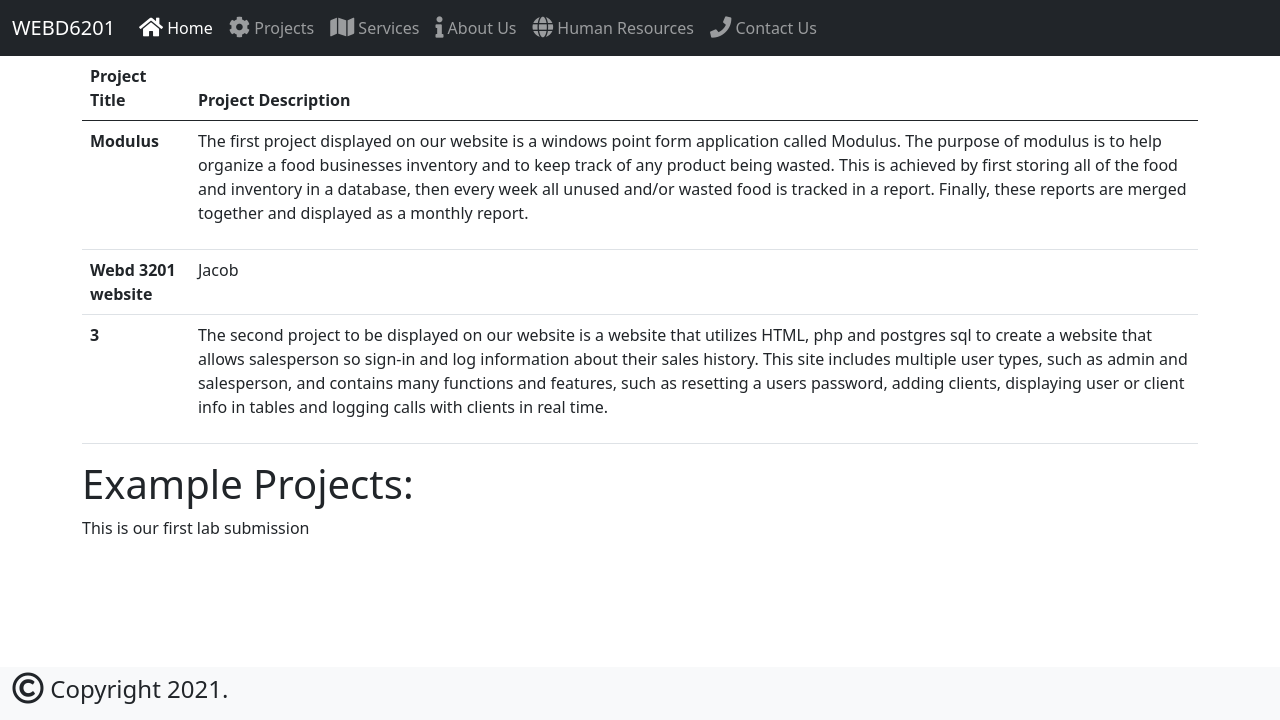
Repository: Sub4Sub/Lab_1
Page: products.html
The author's editor kept a copy of each file at every save. The page is drawn from the files as they stood at one save, then again after the next save.
The browser window is 1280 px wide. The pictures show the whole page.

Above is the page before, as saved 2021-02-05 16:23:47.

### products.html
<!DOCTYPE html>
<html lang="en">
<head>
    <meta charset="UTF-8">
    <meta name="viewport" content="width=device-width, initial-scale=1.0">
    <title>Products</title>
    <!-- CSS Section -->
    <link rel="stylesheet" href="./node_modules/bootstrap/dist/css/bootstrap.min.css">
    <link rel="stylesheet" href="./node_modules/@fortawesome/fontawesome-free/css/all.min.css">
    <link rel="stylesheet" href="./Content/app.css">
</head>
<body>
    <!-- Main Header -->

    <!-- Main Content -->
    <main class="container">
      <table class="table">
        <thead>
          <tr>
            <th scope="col">Project Title</th>
            <th scope="col">Project Description</th>
          </tr>
        </thead>
        <tbody>
          <tr>
            <th scope="row">Modulus</th>
            <td>
              <p>
                The first project displayed on our website is a windows point form application called Modulus. The purpose of modulus is to
                help organize a food businesses inventory and to keep track of any product being wasted. This is achieved by first storing all of
                the food and inventory in a database, then every week all unused and/or wasted food is tracked in a report. Finally,
                these reports are merged together and displayed as a monthly report.
              </p>
            </td>
          </tr>
          <tr>
            <th scope="row">Webd 3201 website</th>
            <td>Jacob</td>
          </tr>
          <tr>
            <th scope="row">3</th>
            <td>
              <p>
                The second project to be displayed on our website is a website that utilizes HTML, php and postgres sql to create a website that
                 allows salesperson so sign-in and log information about their sales history. This site includes multiple user types, such as admin
                 and salesperson, and contains many functions and features, such as resetting a users password, adding clients, displaying user or client info in tables and
                 logging calls with clients in real time.
              </p>
            </td>
          </tr>
        </tbody>
      </table>
    </main>



    <!-- Script Section-->
    <script src="./node_modules/jquery/dist/jquery.min.js"></script>
    <script src="./node_modules/bootstrap/dist/js/bootstrap.bundle.min.js"></script>
    <script src="./Scripts/app.js"></script>
</body>
</html>

### Scripts/app.js
/*
* Name: Brett Tindall & Emeka Okoisama
* Student Id: 100708109 &
* Date Completed: 2021-02-05
*/

"use strict";

//IIFE - Immediately Invoked Function Expression
(function()
{

    /*
      Function that displays the home page's content
    */
    function displayHome()
    {
        let indexHeading = document.createElement("h1");

        indexHeading.setAttribute("id", "indexHeading");
        indexHeading.textContent = `Welcome to lab 1`;

        let mainContent = document.querySelector("main");
        mainContent.appendChild(indexHeading);

        let newDivTag = document.createElement("div");
        newDivTag.innerHTML =
        `<h4>By Brett Tindall and Emeka Okoisama</h4>
        <p id="paragraphThree"> This is our first lab submission </p>`;


        mainContent.append(newDivTag);


    }

    function displayProjects()
    {
        let projectHeading = document.createElement("h1");

        projectHeading.setAttribute("id", "projectHeading");
        projectHeading.textContent = `Example Projects:`;

        let mainContent = document.querySelector("main");
        mainContent.appendChild(projectHeading);

        let newDivTag = document.createElement("div");
        newDivTag.innerHTML =
        `<p id="paragraphThree"> This is our first lab submission </p>`;


        mainContent.append(newDivTag);


    }

    /*
      Function that displays the contact page's content
    */
    function displayContact()
    {
      let contactHeading = document.createElement("h1");

      contactHeading.setAttribute("id", "contactHeading");
      contactHeading.textContent = "Enter a Contact";

      let mainContent = document.querySelector("main");
      mainContent.appendChild(contactHeading);

      let newDivTag = document.createElement("div");
      newDivTag.innerHTML =
      `<div id="messageArea"></div>

      <div class="row justify-content-lg-center g-3">
        <form class="col-lg-6 col-md-10 col-sm-10">

          <div class="input-group mb-3">
            <span class="input-group-text" id="inputGroup-sizing-default">Full Name </span>
            <input id="fullName" type="text" class="form-control" aria-label="Full Name" aria-describedby="Full Name Input"
            name="fullName" required>
          </div>

          <div class="input-group mb-3">
            <span class="input-group-text" id="inputGroup-sizing-default">Contact Number</span>
            <input id="contactNumber" type="tel" class="form-control" aria-label="Contact Number" aria-describedby="Contact Number Input"
            name="contactNumber" required>
          </div>

          <div class="input-group mb-3">
            <span class="input-group-text" id="inputGroup-sizing-default">Email</span>
            <input id="emailAddress" type="email" class="form-control" aria-label="Email Address" aria-describedby="Email Address Input"
            name="emailAddress" required>
          </div>

          <button id="sendButton" type="submit" class="btn btn-primary"><i class="fas fa-envelope fa-lg"></i> Send</button>
          <button id="cancelButton" type="reset" class="btn btn-warning"><i class="fas fa-undo fa-lg"></i> Cancel</button>
        </form>
      </div>`;

      mainContent.append(newDivTag);


      let sendButton = document.getElementById("sendButton");

        sendButton.addEventListener("click", function(event){

          window.location.href = './index.html';

        });

    }

    /*
      Function that displays the fixed footer at the bottom of the page
    */
   function displayHeader()
   {
     let mainContent = document.querySelector("body");

     //let sendButton = document.getElementById("body");

     let newFooterTag = document.createElement("header");

     newFooterTag.innerHTML =
     `
     <header>
      <!-- Main Navigation -->
      <nav class="navbar navbar-expand-lg navbar-dark bg-dark">
          <div class="container-fluid">
            <a class="navbar-brand" href="index.html">WEBD6201</a>
            <button class="navbar-toggler" type="button" data-bs-toggle="collapse" data-bs-target="#navbarSupportedContent" aria-controls="navbarSupportedContent" aria-expanded="false" aria-label="Toggle navigation">
              <span class="navbar-toggler-icon"></span>
            </button>
            <div class="collapse navbar-collapse" id="navbarSupportedContent">
              <ul class="navbar-nav me-auto mb-2 mb-lg-0" id ="headerList">
                <li class="nav-item">
                  <a class="nav-link active" aria-current="page" href="index.html"><i class="fas fa-home fa-lg"></i> Home</a>
                </li>

                <li class="nav-item">
                  <a class="nav-link" id="productsLink" aria-current="page" href="products.html"><i class="fas fa-cog fa-lg"></i> Products</a>
                </li>

                <li class="nav-item">
                  <a class="nav-link" aria-current="page" href="services.html"><i class="fas fa-map fa-lg"></i> Services</a>
                </li>

                <li class="nav-item" id="aboutUsList">
                  <a class="nav-link" id="aboutUsLink" aria-current="page" href="about.html"><i class="fas fa-info fa-lg"></i> About Us</a>
                </li>

                <li class="nav-item">
                  <a class="nav-link" aria-current="page" href="contact.html"><i class="fas fa-phone fa-lg"></i> Contact Us</a>
                </li>
              </ul>
            </div>
          </div>
        </nav>
  </header>
     `

     mainContent.prepend(newFooterTag);

   }

    /*
      Function that displays the fixed footer at the bottom of the page
    */
    function displayFooter()
    {
      let mainContent = document.querySelector("main");

      let newFooterTag = document.createElement("footer");

      newFooterTag.innerHTML =
      `
      <footer>
        <nav class="navbar fixed-bottom navbar-light bg-light">
            <div class="container-fluid">
              <h4><i class="far fa-copyright fa-lg"></i> Copyright 2021.</h4>
            </div>
          </nav>
    </footer>
      `

      mainContent.append(newFooterTag);

    }

    /*
      Function that adds a button to the human resources page
    */
    function addHumanResourcesButton()
    {

      let aboutUsLink = document.getElementById("aboutUsList");

      let newListItem = document.createElement("li");

      newListItem.innerHTML =
      `
      <li class="nav-item">
        <a class="nav-link" id="HumanResourcesLink" aria-current="page" href="human-resources.html"><i class="fas fa-globe fa-lg"></i> Human Resources</a>
      </li>
      `

      aboutUsLink.after(newListItem);

    }

    /*
      Function that changes the products button's text to projects
    */
   function alterProductsButton()
   {

    let productsButton = document.getElementById("headerList").childNodes[3];

    //productsButton.textContent = "Projects";

    let newListItem = document.createElement("li");

    newListItem.innerHTML =
   `
   <li class="nav-item">
               <a class="nav-link" aria-current="page" href="products.html"><i class="fas fa-cog fa-lg"></i> Projects</a>
             </li>
   `

    productsButton.replaceChild(newListItem, productsButton.childNodes[1]);

   }

   /*
      Function that run when the page loads
    */
    function Start()
    {
        console.log("App Started...");

        displayHeader();

        alterProductsButton();

        addHumanResourcesButton();

        switch (document.title)
        {
          case "Home":
              displayHome();
            break;
          case "About":
              displayAbout();
            break;
          case "Products":
              displayProjects();
            break;
          case "Services":
              displayServices();
            break;
          case "Contact":
              displayContact();
            break;
        }

    }

    displayFooter();

    window.addEventListener("load", Start);

})();

Loaded but not shown: node_modules/bootstrap/dist/css/bootstrap.min.css (library); node_modules/@fortawesome/fontawesome-free/css/all.min.css (library); node_modules/jquery/dist/jquery.min.js (library); node_modules/bootstrap/dist/js/bootstrap.bundle.min.js (library); Content/app.css (no stored copy; drawn as an empty file)

After the next save:
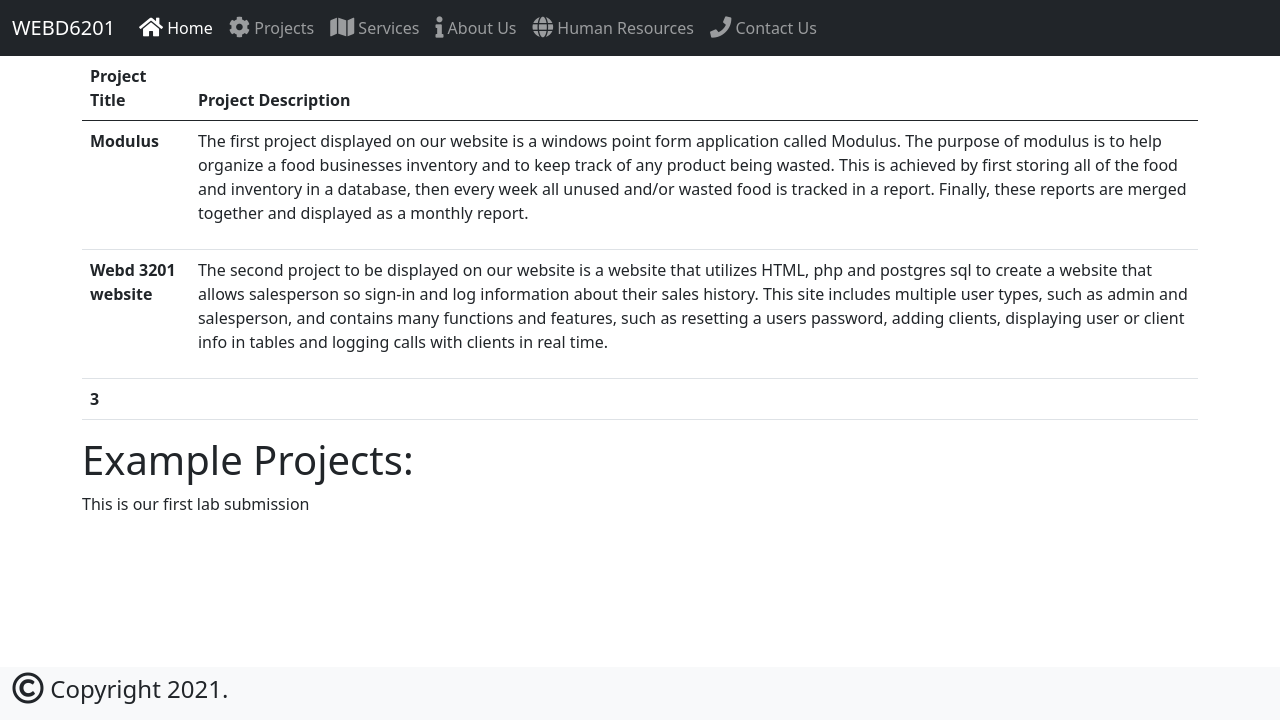
Saved 15 s later.
--- a/products.html
+++ b/products.html
@@ -35,10 +35,6 @@
           </tr>
           <tr>
             <th scope="row">Webd 3201 website</th>
-            <td>Jacob</td>
-          </tr>
-          <tr>
-            <th scope="row">3</th>
             <td>
               <p>
                 The second project to be displayed on our website is a website that utilizes HTML, php and postgres sql to create a website that
@@ -46,6 +42,12 @@
                  and salesperson, and contains many functions and features, such as resetting a users password, adding clients, displaying user or client info in tables and
                  logging calls with clients in real time.
               </p>
+            </td>
+          </tr>
+          <tr>
+            <th scope="row">3</th>
+            <td>
+
             </td>
           </tr>
         </tbody>
